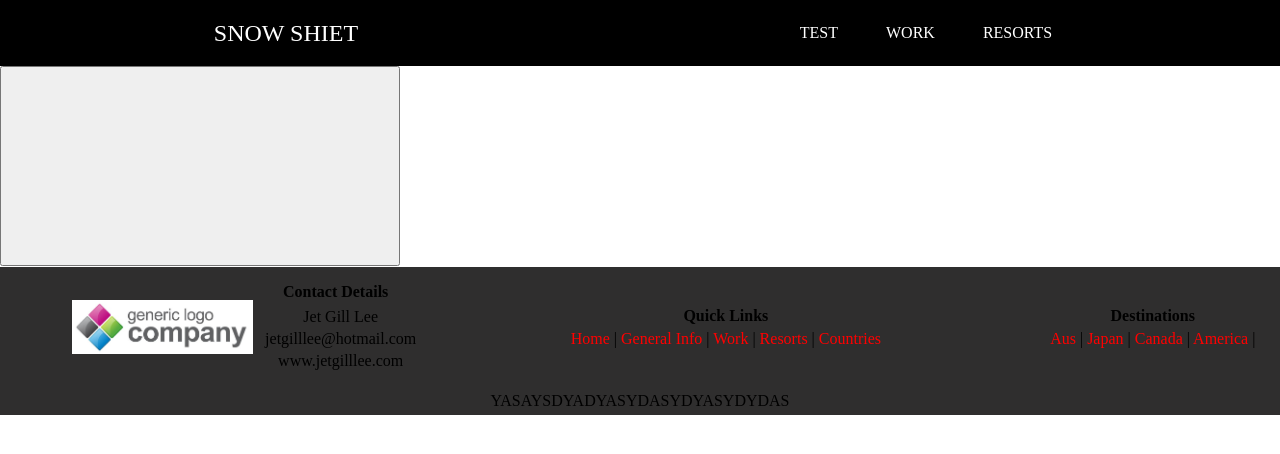
Repository: Jet-Gill-Lee/SnowSite
Page: resorts-overview.html
An editor plug-in stored every save of this project. The page is shown before and after the next save, followed by the edit.
The browser window is 1280 px wide. The pictures show the whole page.

Above is the page before, as saved 2021-07-24 23:54:00.

After the next save:
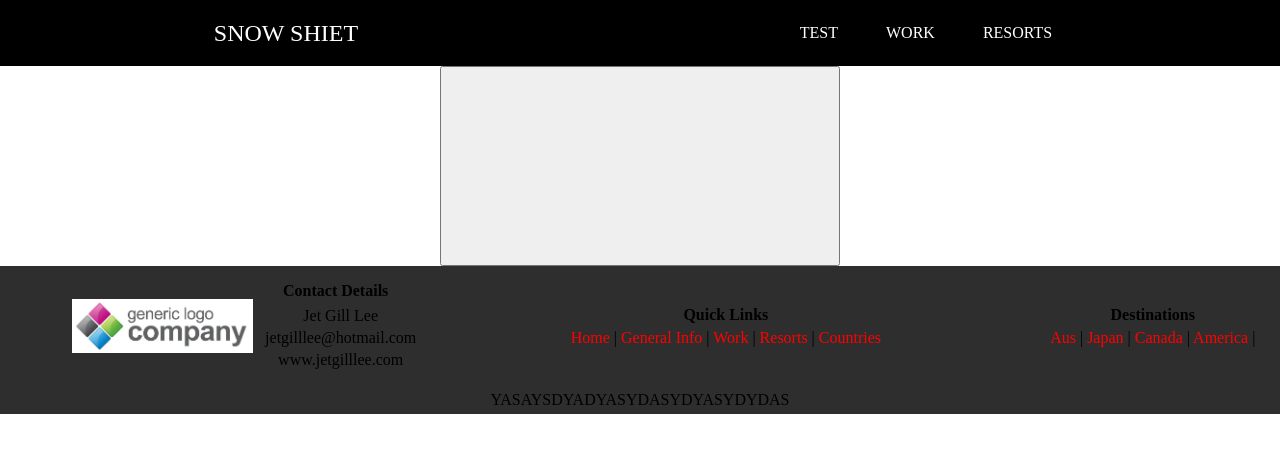
Saved 16 s later.
--- a/resorts-overview.html
+++ b/resorts-overview.html
@@ -28,7 +28,7 @@
 </div>
 <!-- MAIN -->
   <div id="page-main">
-    <button id="brodie-button" style="width:400px;height:200px"></button>
+    <button id="brodie-button" style="width:400px;height:200px;display:block;margin:auto;"></button>
   <!-- TYPES OF RESORTS -->
     <section id="resort-info">
       <div id="resorts-main">
